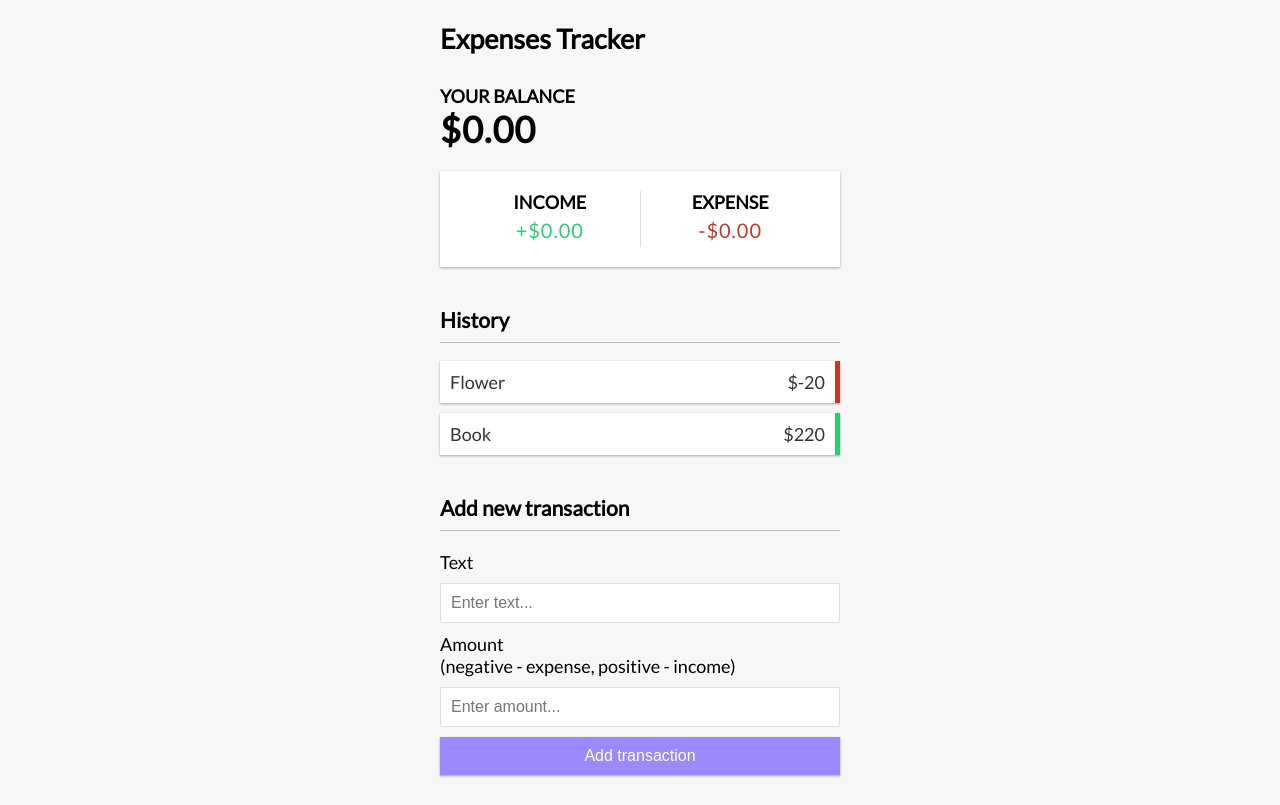
Repository: AyushMahatara/VUE-expense-tracker-app
Page: /
An editor plug-in stored every save of this project. The page is shown before and after the next save, followed by the edit.
The browser window is 1280 px wide. The pictures show the whole page.
The project was rebuilt for these pictures with package versions that can differ from the ones it lists, and the page was loaded fresh each time. Also part of the build but not shown: vite.config.js.

Above is the page before, as saved 2023-12-29 14:41:34.

### index.html
<!DOCTYPE html>
<html lang="en">
  <head>
    <meta charset="UTF-8" />
    <link rel="icon" href="/public/favicon.ico" />
    <meta name="viewport" content="width=device-width, initial-scale=1.0" />
    <title>Expense Tracker</title>
  </head>
  <body>
    <div id="app"></div>
    <script type="module" src="/src/main.js"></script>
  </body>
</html>

### src/assets/style.css
@import url("https://fonts.googleapis.com/css?family=Lato&display=swap");

:root {
  --box-shadow: 0 1px 3px rgba(0, 0, 0, 0.12), 0 1px 2px rgba(0, 0, 0, 0.24);
}

* {
  box-sizing: border-box;
}

body {
  background-color: #f7f7f7;
  display: flex;
  flex-direction: column;
  align-items: center;
  justify-content: center;
  min-height: 100vh;
  margin: 0;
  font-family: "Lato", sans-serif;
  font-size: 18px;
}

.container {
  margin: 30px auto;
  width: 400px;
}

h1 {
  letter-spacing: 1px;
  margin: 0;
}

h3 {
  border-bottom: 1px solid #bbb;
  padding-bottom: 10px;
  margin: 40px 0 10px;
}

h4 {
  margin: 0;
  text-transform: uppercase;
}

.inc-exp-container {
  background-color: #fff;
  box-shadow: var(--box-shadow);
  padding: 20px;
  display: flex;
  justify-content: space-between;
  margin: 20px 0;
}

.inc-exp-container > div {
  flex: 1;
  text-align: center;
}

.inc-exp-container > div:first-of-type {
  border-right: 1px solid #dedede;
}

.money {
  font-size: 20px;
  letter-spacing: 1px;
  margin: 5px 0;
}

.money.plus {
  color: #2ecc71;
}

.money.minus {
  color: #c0392b;
}

label {
  display: inline-block;
  margin: 10px 0;
}

input[type="text"],
input[type="number"] {
  border: 1px solid #dedede;
  border-radius: 2px;
  display: block;
  font-size: 16px;
  padding: 10px;
  width: 100%;
}

.btn {
  cursor: pointer;
  background-color: #9c88ff;
  box-shadow: var(--box-shadow);
  color: #fff;
  border: 0;
  display: block;
  font-size: 16px;
  margin: 10px 0 30px;
  padding: 10px;
  width: 100%;
}

.btn:focus,
.delete-btn:focus {
  outline: 0;
}

.list {
  list-style-type: none;
  padding: 0;
  margin-bottom: 40px;
}

.list li {
  background-color: #fff;
  box-shadow: var(--box-shadow);
  color: #333;
  display: flex;
  justify-content: space-between;
  position: relative;
  padding: 10px;
  margin: 10px 0;
}

.list li.plus {
  border-right: 5px solid #2ecc71;
}

.list li.minus {
  border-right: 5px solid #c0392b;
}

.delete-btn {
  cursor: pointer;
  background-color: #e74c3c;
  border: 0;
  color: #fff;
  font-size: 20px;
  line-height: 20px;
  padding: 2px 5px;
  position: absolute;
  top: 50%;
  left: 0;
  transform: translate(-100%, -50%);
  opacity: 0;
  transition: opacity 0.3s ease;
}

.list li:hover .delete-btn {
  opacity: 1;
}

### src/App.vue
<template>
  <Header />
  <div class="container">
    <Balance />
    <IncomeExpenses />
    <TransactionList :transactions="transactions" />
    <AddTransaction />
  </div>
</template>

<script setup>
import Header from "./components/Header.vue";
import Balance from "./components/Balance.vue";
import IncomeExpenses from "./components/IncomeExpense.vue";
import AddTransaction from "./components/AddTransaction.vue";
import TransactionList from "./components/TransactionList.vue";

//reactive so ref
import { ref, computed } from "vue";
const transactions = ref([
  {
    id: 1,
    text: "Flower",
    amount: -20,
  },
  {
    id: 2,
    text: "Book",
    amount: 220,
  },
]);
</script>

### src/components/Header.vue
<template>
  <h2>Expenses Tracker</h2>
</template>

<script></script>

### src/components/Balance.vue
<template>
  <h4>Your Balance</h4>
  <h1 id="balance">$0.00</h1>
</template>

### src/components/IncomeExpense.vue
<template>
  <div class="inc-exp-container">
    <div>
      <h4>Income</h4>
      <p id="money-plus" class="money plus">+$0.00</p>
    </div>
    <div>
      <h4>Expense</h4>
      <p id="money-minus" class="money minus">-$0.00</p>
    </div>
  </div>
</template>

### src/components/AddTransaction.vue
<template>
  <h3>Add new transaction</h3>
  <form id="form">
    <div class="form-control">
      <label for="text">Text</label>
      <input type="text" id="text" placeholder="Enter text..." />
    </div>
    <div class="form-control">
      <label for="amount"
        >Amount <br />
        (negative - expense, positive - income)</label
      >
      <input type="number" id="amount" placeholder="Enter amount..." />
    </div>
    <button class="btn">Add transaction</button>
  </form>
</template>

### src/components/TransactionList.vue
<template>
  <h3>History</h3>
  <ul id="list" class="list">
    <li
      v-for="transaction in transactions"
      :key="transaction.id"
      :class="transaction.amount < 0 ? 'minus' : 'plus'"
    >
      {{ transaction.text }} <span>${{ transaction.amount }}</span
      ><button class="delete-btn">x</button>
    </li>
    <!-- <li class="minus">
          Cash <span>-$400</span><button class="delete-btn">x</button>
        </li> -->
  </ul>
</template>

<script setup>
import { defineProps } from "vue";

const props = defineProps({
  transactions: {
    type: Array,
    required: true,
  },
});
</script>

Loaded but not shown: src/main.js (common file)

After the next save:
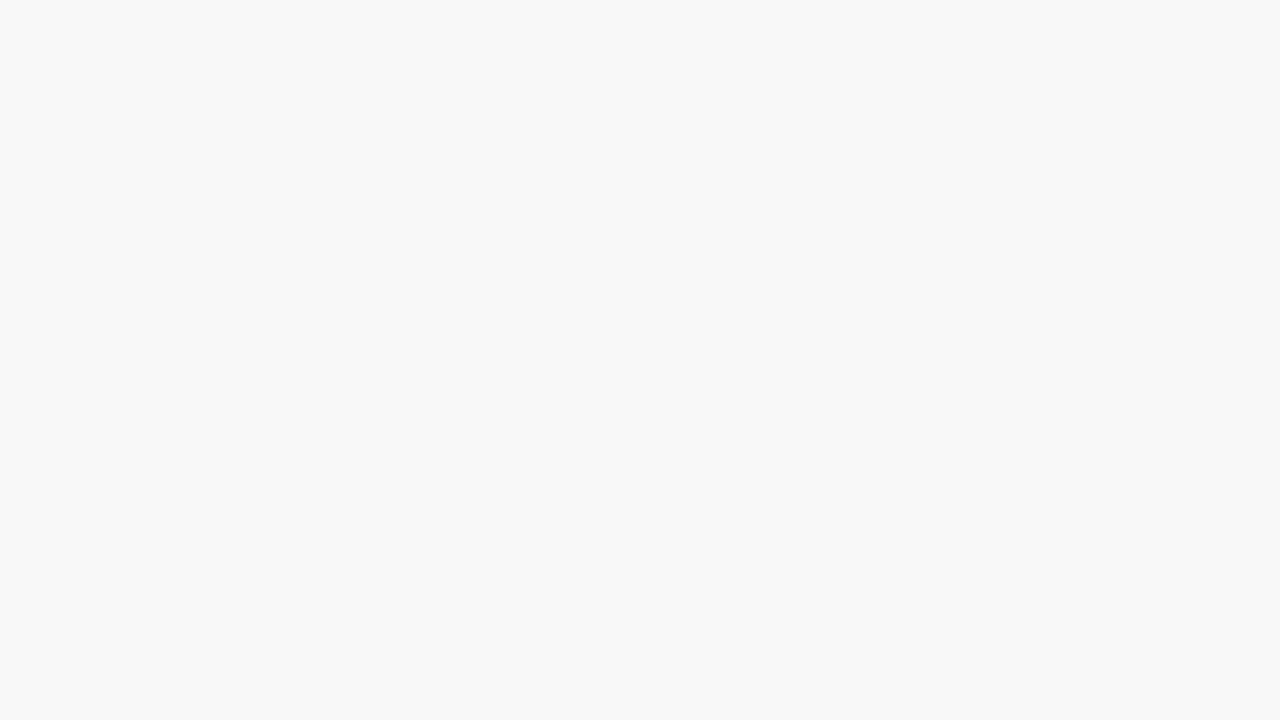
Console error: TypeError: Cannot read properties of undefined (reading 'get')
Saved 19 s later.
--- a/src/App.vue
+++ b/src/App.vue
@@ -29,4 +29,6 @@
     amount: 220,
   },
 ]);
+
+const total = computed();
 </script>

After the save that followed:
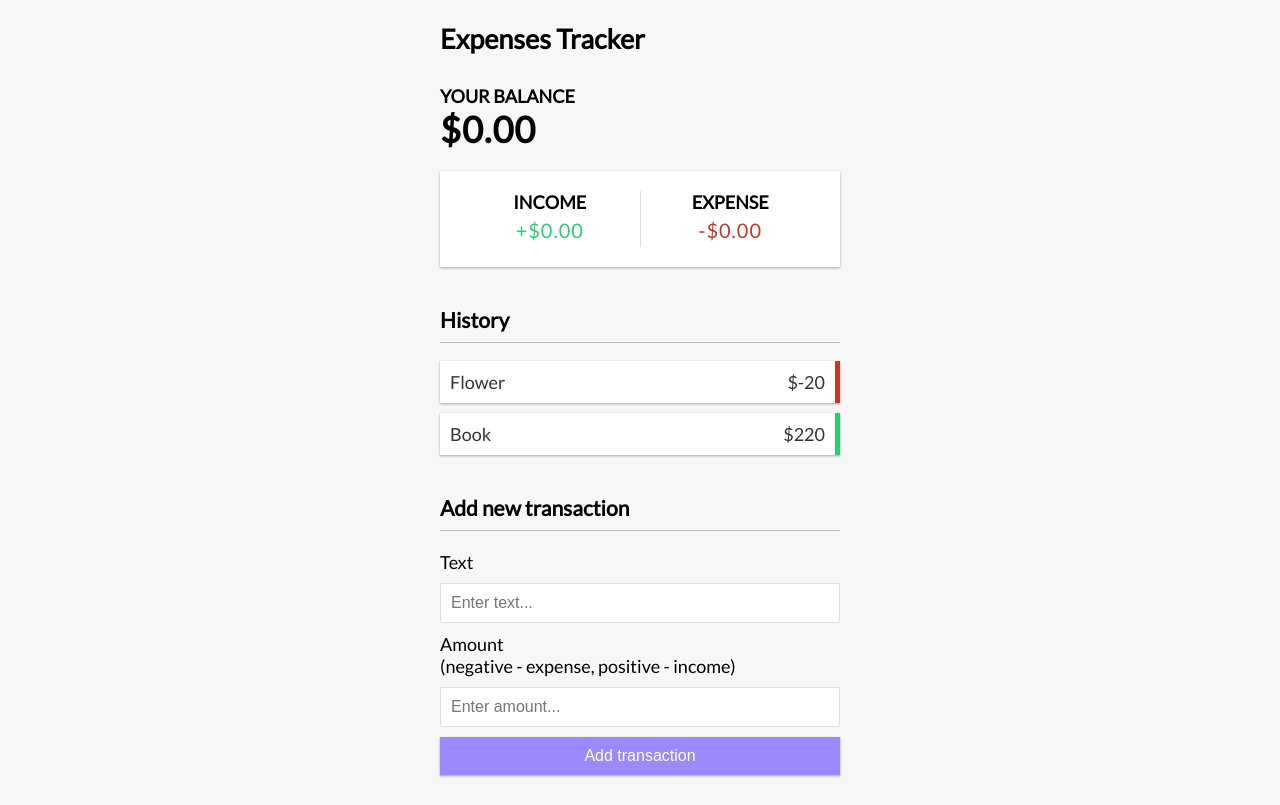
The error is gone.
Saved 46 s later.
--- a/src/App.vue
+++ b/src/App.vue
@@ -30,5 +30,7 @@
   },
 ]);
 
-const total = computed();
+const total = computed(() => {
+  return transactions.value.reduce(acc, transaction);
+});
 </script>
